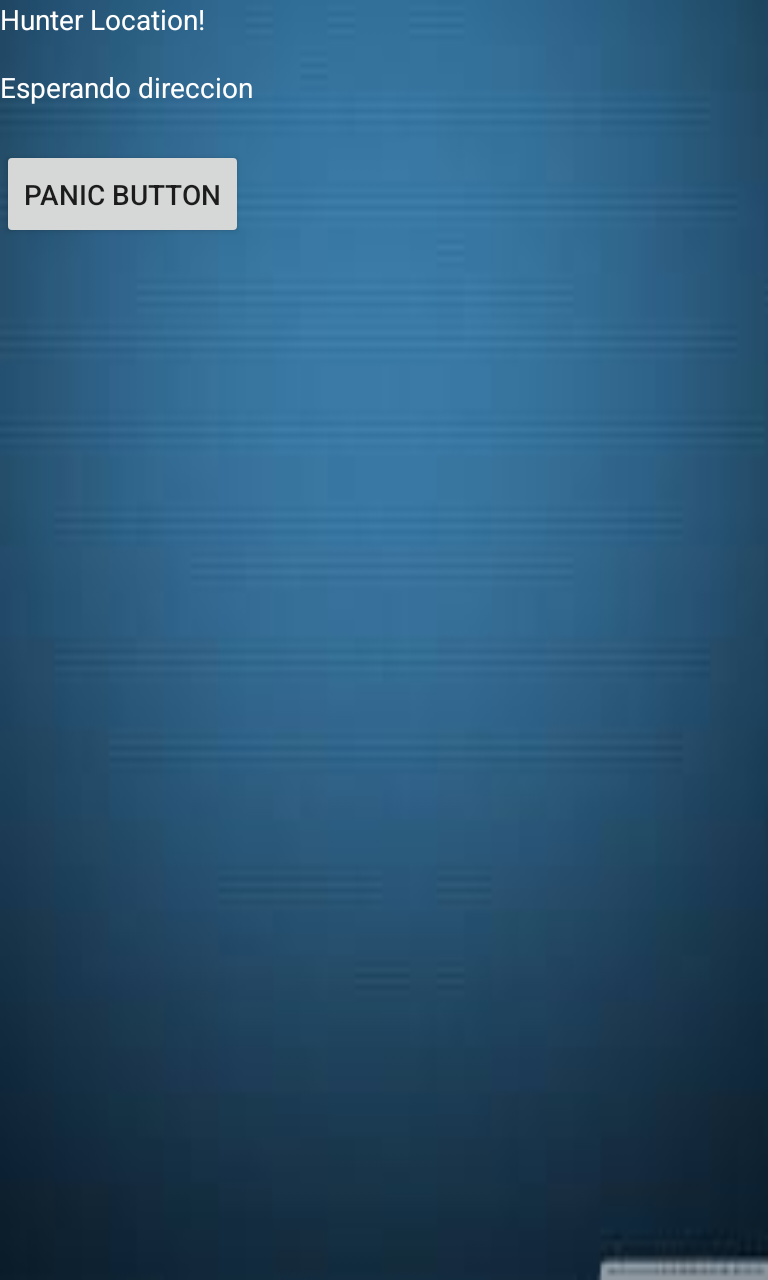
Repository: aludena18/android_apps
Layout: AlarmServiceLocation/res/layout/activity_main.xml
These files come from the project's save history. The layout is drawn as it stood at one moment and after the next save; the edit follows.
It is drawn on a 768 x 1280 px phone screen (xhdpi) without system bars, with theme AppTheme; the app's code is not run.

Above is the layout before, as saved 2015-07-20 14:49:08.

### AlarmServiceLocation/res/layout/activity_main.xml
<LinearLayout xmlns:android="http://schemas.android.com/apk/res/android"
    xmlns:tools="http://schemas.android.com/tools"
    android:layout_width="match_parent"
    android:layout_height="match_parent"
    android:orientation="vertical"
    android:background="@drawable/fondo1"
    tools:context="com.alg.alarmservicelocation.MainActivity" >

    <TextView
        android:layout_width="wrap_content"
        android:layout_height="wrap_content"
        android:textColor="#ffffff"
        android:text="@string/hello_world" />

    <LinearLayout
        android:layout_width="wrap_content"
        android:layout_height="wrap_content"
        android:orientation="horizontal" >

        <TextView
            android:id="@+id/txvDireccion"
            android:layout_width="wrap_content"
            android:layout_height="wrap_content"
            android:layout_marginTop="15dp"
            android:textColor="#ffffff"
            android:text="@string/etqTxvDireccion" />
    </LinearLayout>

    <LinearLayout
        android:paddingTop="20dp"
        android:layout_width="wrap_content"
        android:layout_height="wrap_content"
        android:orientation="horizontal" >
        <Button
            android:id="@+id/btnPanic"
            android:layout_width="wrap_content"
            android:layout_height="wrap_content"
            android:text="@string/etqBtnPanic" />
    </LinearLayout>

</LinearLayout>

### AlarmServiceLocation/res/values/strings.xml
<?xml version="1.0" encoding="utf-8"?>
<resources>

    <string name="app_name">Alarm Service Location</string>
    <string name="hello_world">Hunter Location!</string>
    <string name="action_settings">Settings</string>

    <string name="etqBtnPanic">Panic Button</string>
    <string name="etqTxvDireccion">Esperando direccion</string>

</resources>

Loaded but not shown: AlarmServiceLocation/res/values/styles.xml (common file); AlarmServiceLocation/res/values-v11/styles.xml (common file); AlarmServiceLocation/res/values-v14/styles.xml (common file)

After the next save:
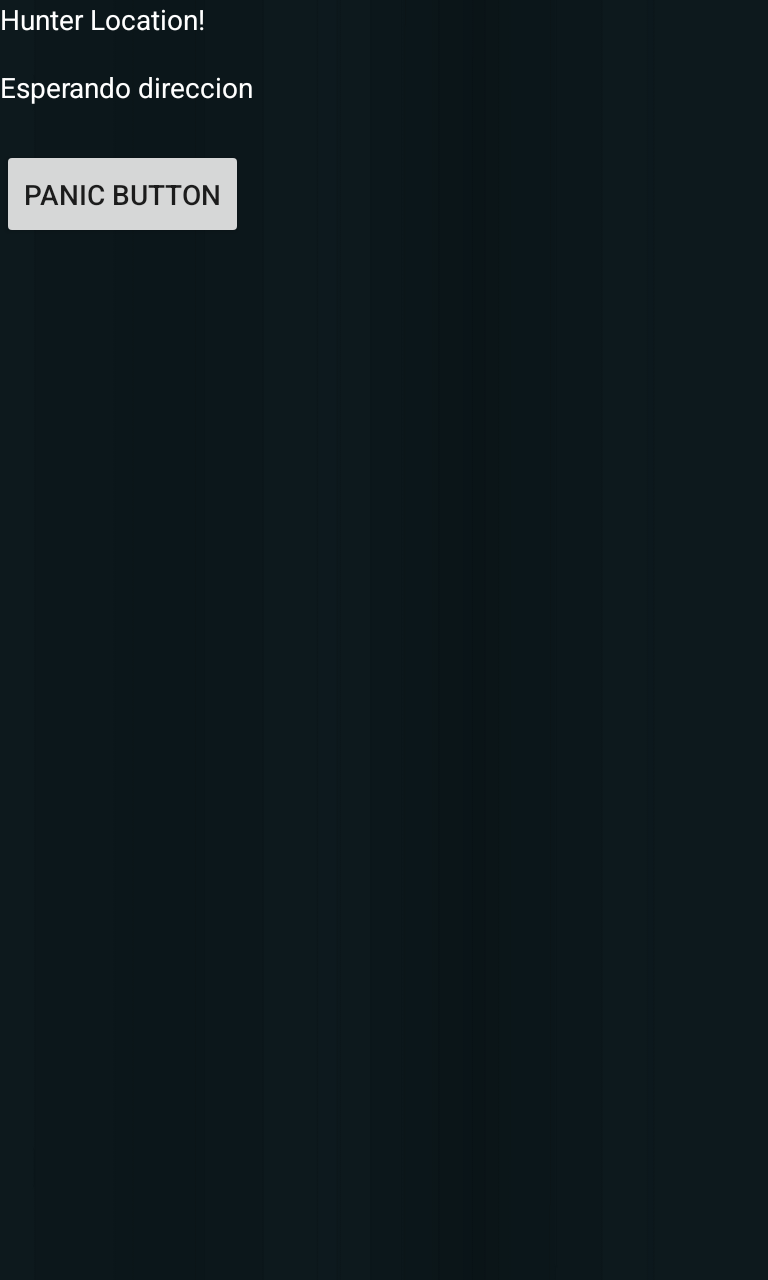
Saved 5 min 20 s later.
--- a/AlarmServiceLocation/res/layout/activity_main.xml
+++ b/AlarmServiceLocation/res/layout/activity_main.xml
@@ -3,7 +3,7 @@
     android:layout_width="match_parent"
     android:layout_height="match_parent"
     android:orientation="vertical"
-    android:background="@drawable/fondo1"
+    android:background="@drawable/fondo2"
     tools:context="com.alg.alarmservicelocation.MainActivity" >
 
     <TextView
